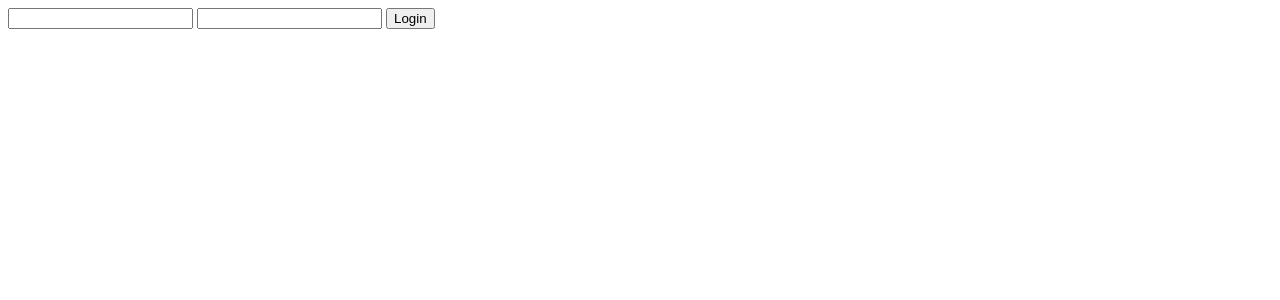
Repository: Kakarla-Manoj-Kumar/Login-Page
Page: http://localhost/Login/Login.jsp
The author's editor kept a copy of each file at every save. The page is drawn from the files as they stood at one save, then again after the next save.
The browser window is 1280 px wide. The pictures show the whole page.
The page is served by Tomcat 10.

Above is the page before, as saved 2024-03-22 14:55:10.

After the next save:
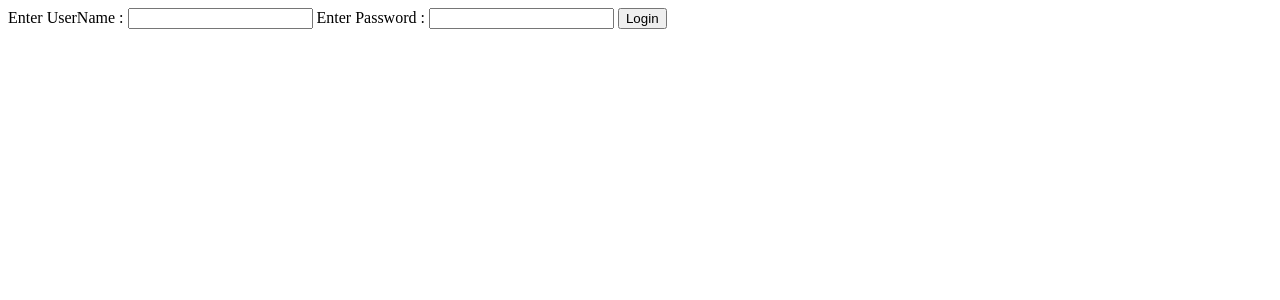
Saved 2 min 38 s later.
--- a/Login/src/main/webapp/Login.jsp
+++ b/Login/src/main/webapp/Login.jsp
@@ -8,8 +8,8 @@
 </head>
 <body>
 <form action="login">
-<input type="text" name="username" >
-<input type="password" name="pass" >
+Enter UserName : <input type="text" name="username" >
+Enter Password : <input type="password" name="pass" >
 <input type="submit" value= "Login" >
 
 
